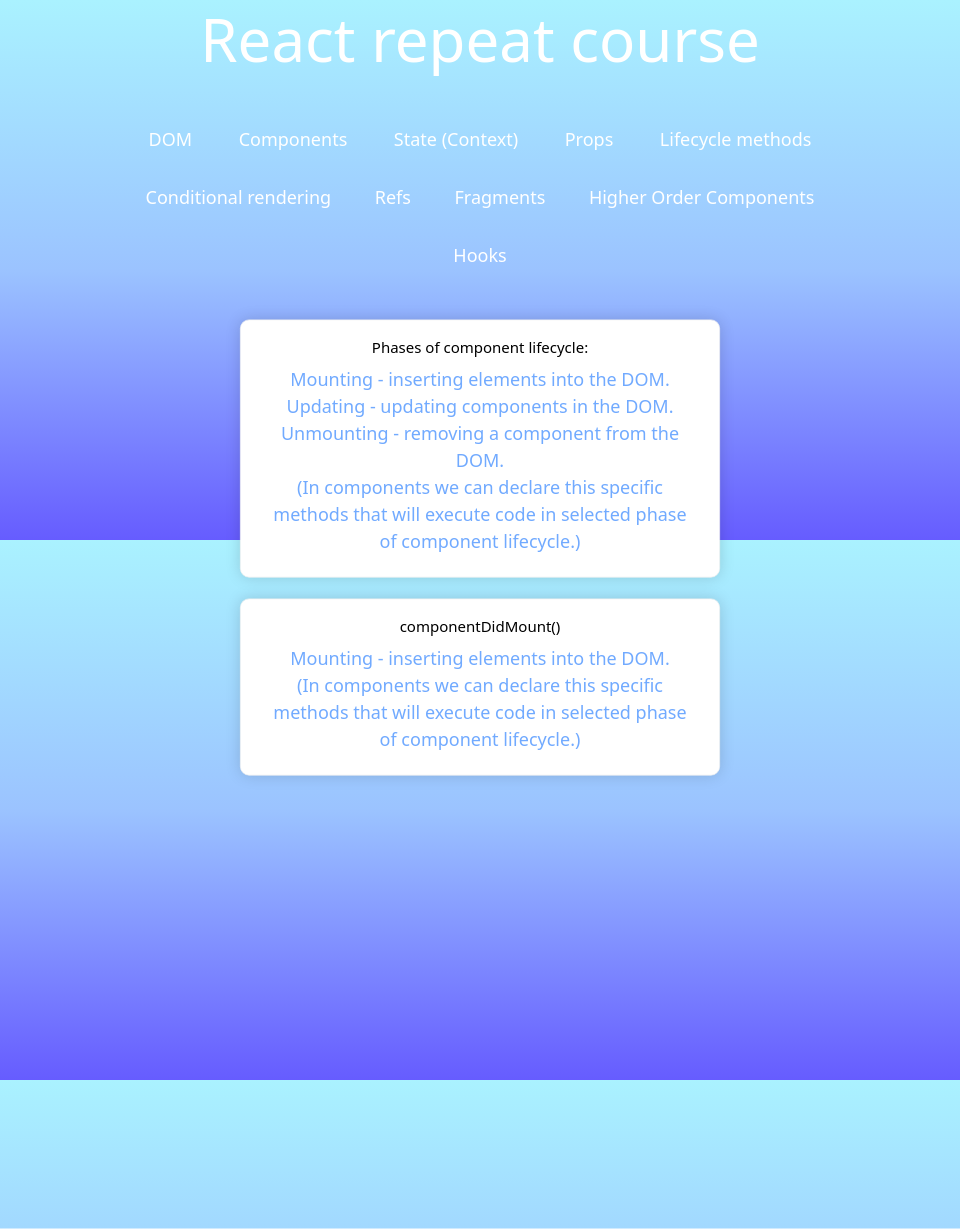
Repository: michalgornicki/github
Page: /#/Lifecycle
These files come from the project's save history. The page is drawn as it stood at one moment and after a run of saves; the edit follows.
The browser window is 1280 px wide. The pictures show the whole page, at 75% of full size.
Backgrounds fixed to the window are drawn as part of the page. The project was rebuilt for these pictures with package versions that can differ from the ones it lists, and the page was loaded fresh each time. Also part of the build but not shown: src/components/dom.jsx, src/components/components.jsx, src/components/state.jsx, src/components/props.jsx, src/components/conditional.jsx, src/components/refs.jsx, src/components/fragments.jsx, src/components/hoc.jsx and 1 more.

Above is the page before, as saved 2022-02-07 13:09:39.

After the next 2 saves:
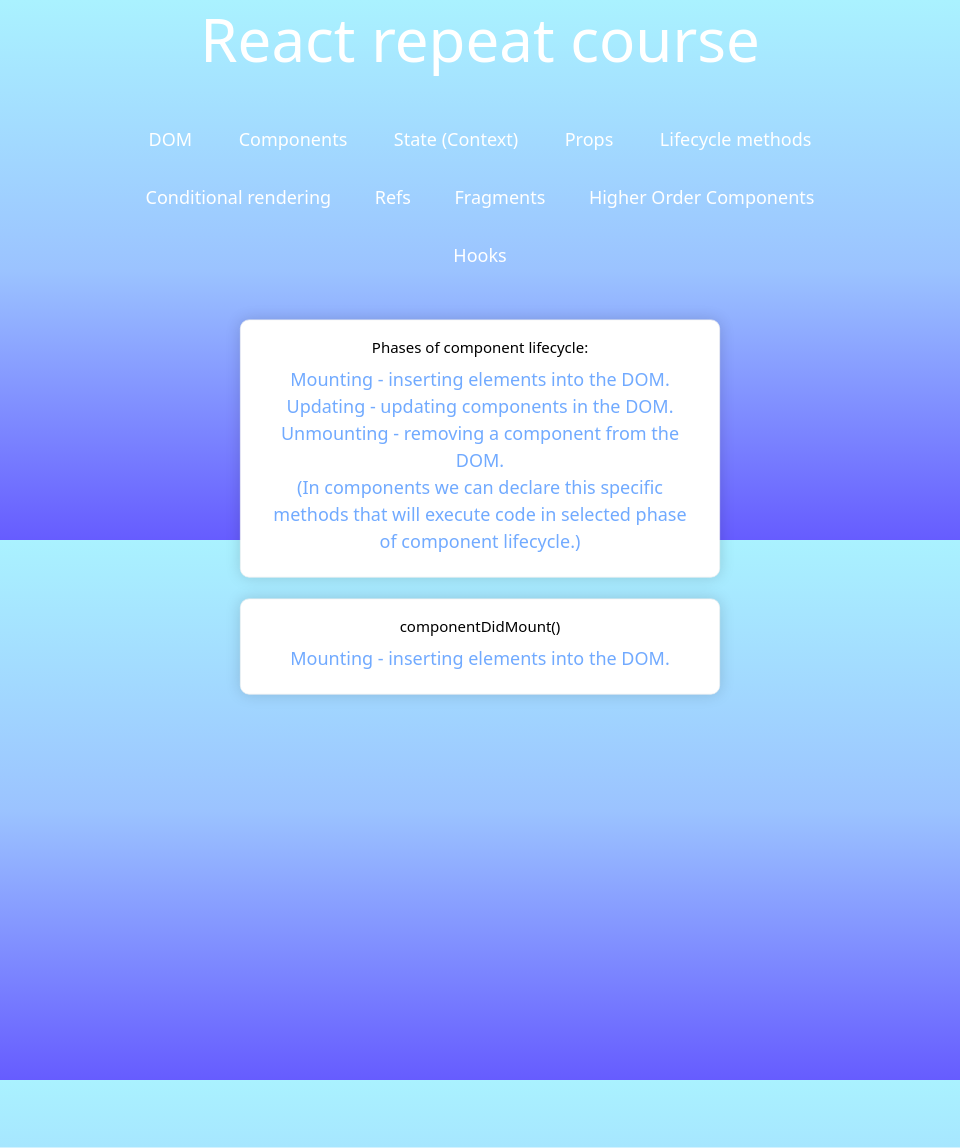
The 2 saves are shown as one change because they came seconds apart.
The last was saved 86 s later.
--- a/src/components/lifecycle.jsx
+++ b/src/components/lifecycle.jsx
@@ -16,7 +16,6 @@
         <div className="">componentDidMount() </div>
         <div className="text-color">
           {`Mounting - inserting elements into the DOM.`} <br />
-          (In components we can declare this specific methods that will execute code in selected phase of component lifecycle.)
         </div>{" "}
       </div>
     </div>
